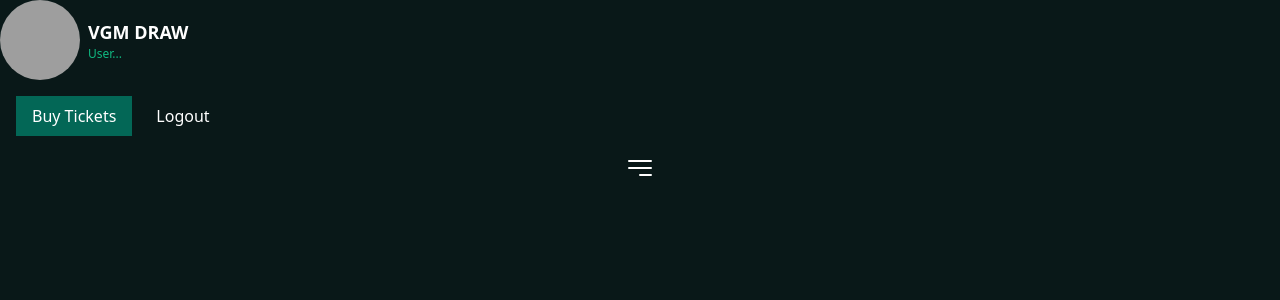
Repository: venu-369/lottery-web3
Page: /
The author's editor kept a copy of each file at every save. The page is drawn from the files as they stood at one save, then again after the next save.
The browser window is 1280 px wide. The pictures show the whole page.
Pictures or frames that could not be fetched are drawn as grey boxes. The project was rebuilt for these pictures with package versions that can differ from the ones it lists, and the page was loaded fresh each time. The framework's server and built-in components were replaced by stand-ins that run in the browser. Also part of the build but not shown: next.config.js.

Above is the page before, as saved 2023-01-11 14:32:12.

### pages/index.tsx
import type { NextPage } from 'next'
import Head from 'next/head'
import Image from 'next/image'
import Header from '../components/Header'

const Home: NextPage = () => {
  return (
    <div className="bg-[#091818] min-h-screen flex flex-col">
      <Head>
        <title>VGM Lottery</title>
        <link rel="icon" href="/favicon.ico" />
      </Head>
      <Header />

    </div>
  )
}

export default Home

### components/Header.tsx
import React from 'react'
import NavButton from './NavButton';
import { Bars3BottomRightIcon } from '@heroicons/react/24/solid';

const Header = () => {
  return (
    <header className='grid' >
        <div className="flex items-center space-x-2">
            <img
             className='rounded-full h-20 w-20'
             src="https://i.pinimg.com/564x/93/93/41/93934128ae88668f93c1abaaf1e62b1b.jpg"
             alt=""
             />

        <div>
            <h1 className='text-lg text-white font-bold'>VGM DRAW</h1>
            <p className='text-xs text-emerald-500 truncate'>User...</p>
        </div>

     </div>
     <div>
        <div className='bf-[#0a1f1c] p-4 space-x-2'>
        <NavButton isActive title="Buy Tickets"/>
        <NavButton title="Logout"/>
        </div>
     </div>

     <div>
        <Bars3BottomRightIcon className='h-8 w-8 mx-auto text-white cursor-pointer'/>

     </div>
    </header>
  );
}

export default Header

### components/NavButton.tsx
import React from 'react'

interface Props {
    title?: string;
    isActive?: boolean;
}

const NavButton = ({title, isActive}: Props) => {
  return (
   <button className={`${isActive && "bg-[#036756]"} hover:bg-[#036756] text-white py-2 px-4 rouded`}>
    {title}
   </button>
  )
}

export default NavButton

Loaded but not shown: pages/_app.tsx (common file); styles/globals.css (common file); tailwind.config.js (common file)

After the next save:
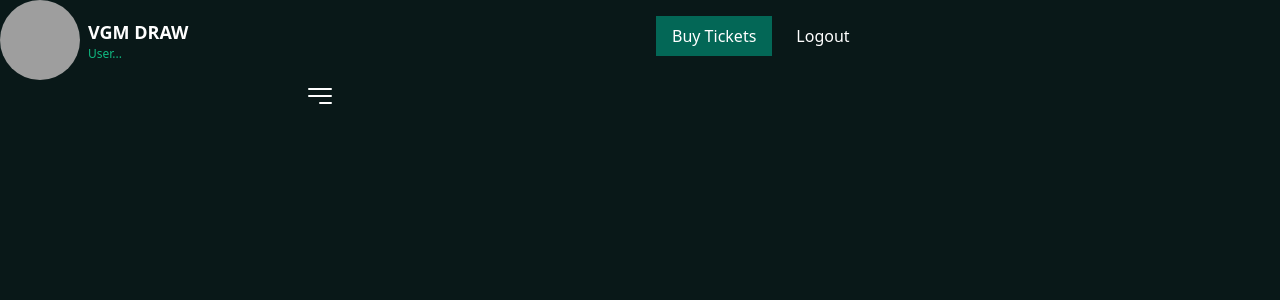
Saved 47 s later.
--- a/components/Header.tsx
+++ b/components/Header.tsx
@@ -4,7 +4,7 @@
 
 const Header = () => {
   return (
-    <header className='grid' >
+    <header className='grid grid-cols-2' >
         <div className="flex items-center space-x-2">
             <img
              className='rounded-full h-20 w-20'
